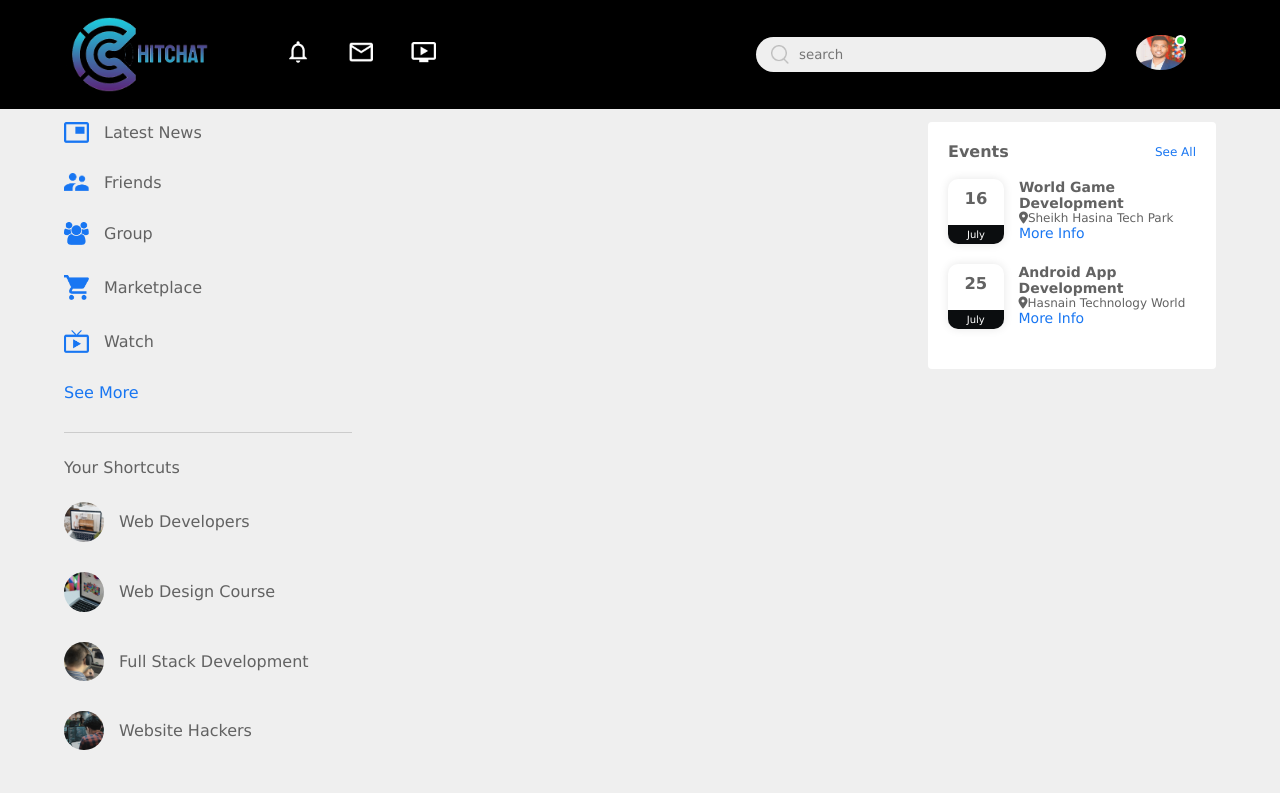
Repository: omarhasnain/ChitChat
Page: index.html
These files come from the project's save history. The page is drawn as it stood at one moment and after the next save; the edit follows.
The browser window is 1280 px wide. The pictures show the whole page.
Some web libraries are served in a nearby version.

Above is the page before, as saved 2021-07-12 21:38:42.

After the next save:
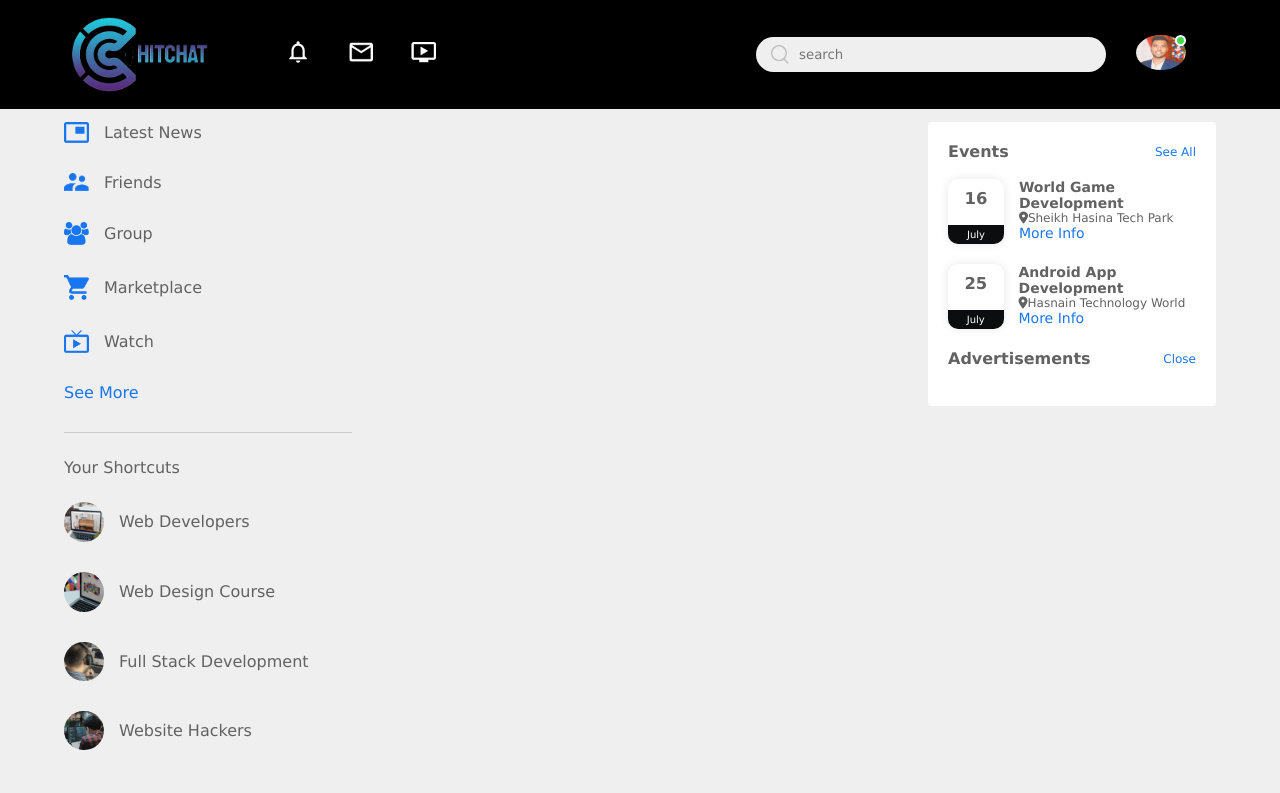
Saved 2 min 13 s later.
--- a/index.html
+++ b/index.html
@@ -80,6 +80,10 @@
                     <a href="">More Info</a>
                 </div>
             </div>
+            <div class="sidebar-title">
+                <h4>Advertisements</h4>
+                <a href="#">Close</a>
+            </div>
         </div>
     </div>
 </body>
